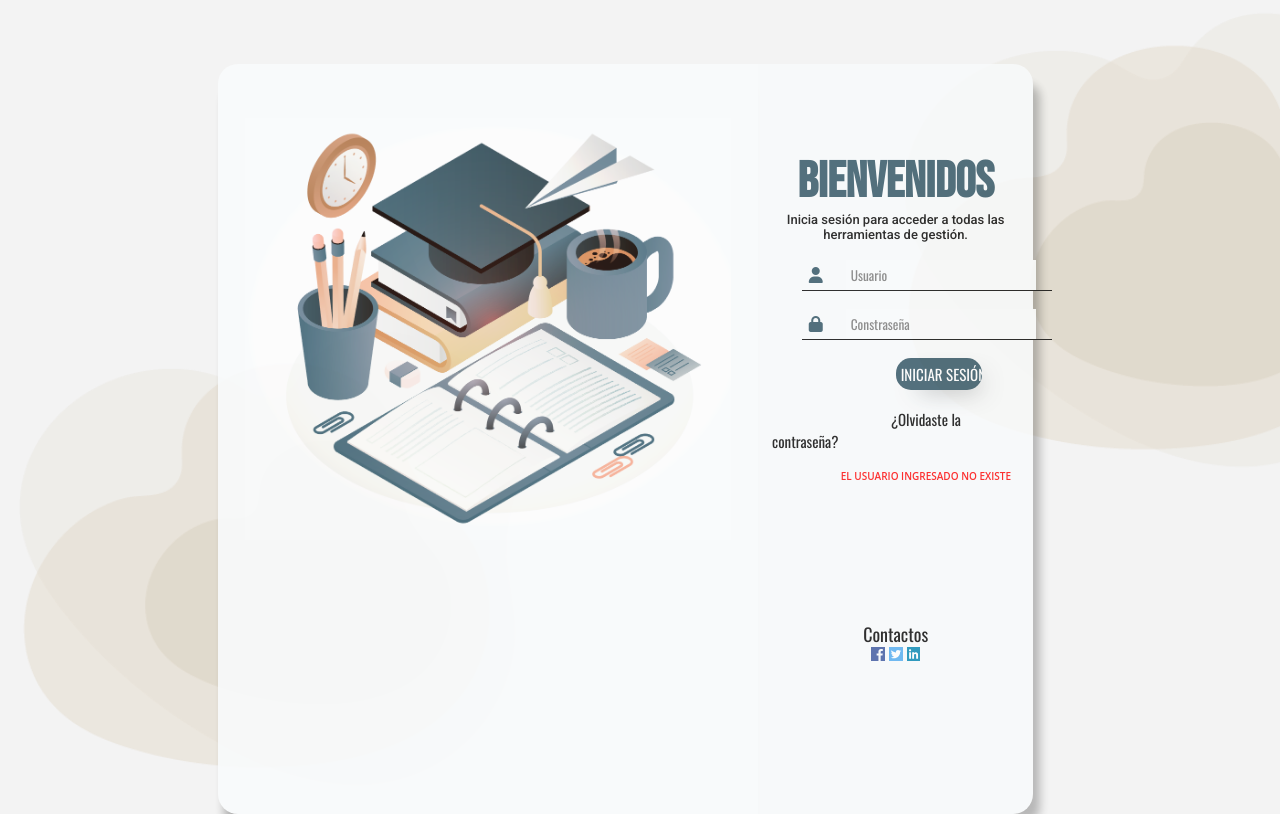
Repository: AlejandraBarrachina23/TPIntegrador_Barrachina_Java
Page: http://localhost/Alejandra_Barrachina_TP_Integrador1/login.jsp
The author's editor kept a copy of each file at every save. The page is drawn from the files as they stood at one save, then again after a run of saves.
The browser window is 1280 px wide. The pictures show the whole page.
Some web fonts or font styles are not loaded; a fallback is used. Some web libraries are served in a nearby version. The page is served by Tomcat 9. Nobody is signed in. The application's start-up code is not run.

Above is the page before, as saved 2019-12-05 17:19:51.
Console error: SyntaxError: Unexpected end of input

After the next 2 saves:
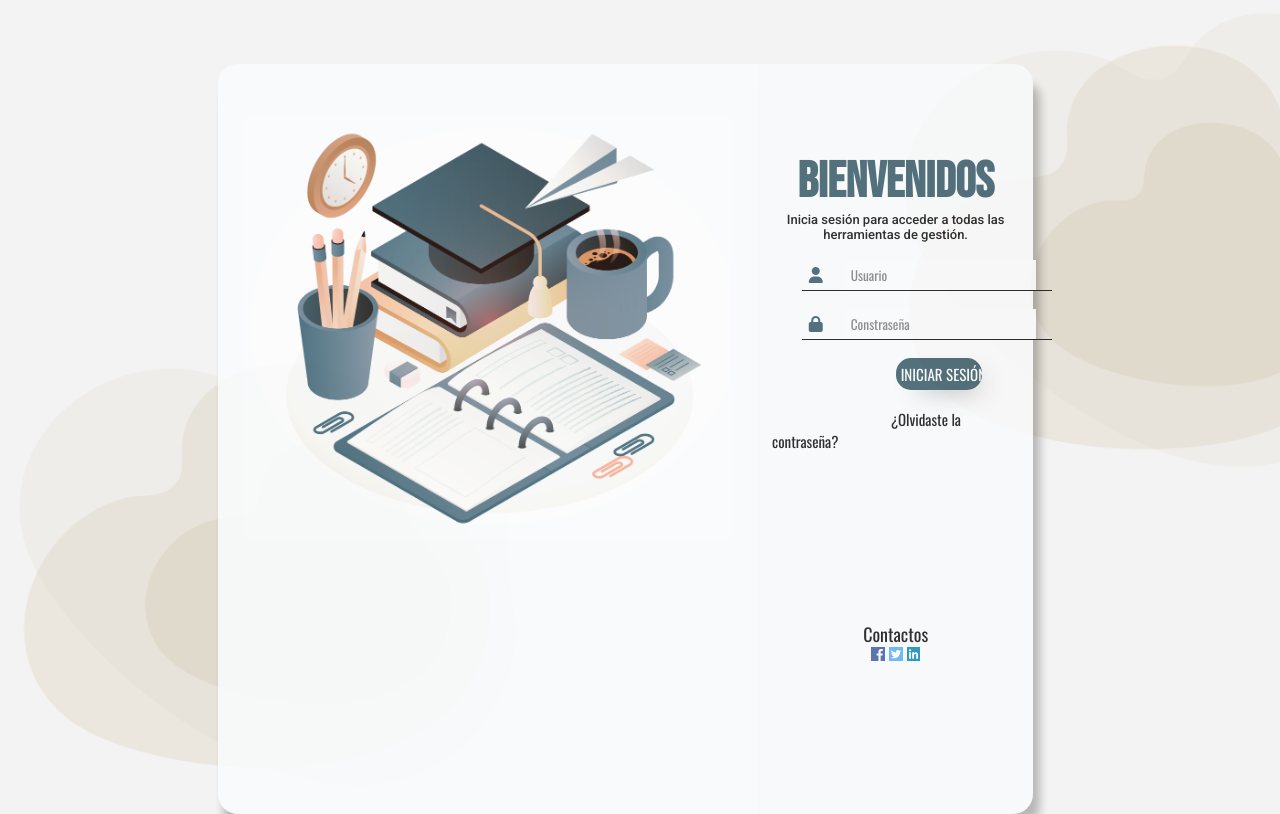
Console error: ReferenceError: Msg is not defined
The 2 saves are shown as one change because they came seconds apart.
The last was saved 63 s later.
--- a/Alejandra_Barrachina_TP_Integrador1/WebContent/login.jsp
+++ b/Alejandra_Barrachina_TP_Integrador1/WebContent/login.jsp
@@ -28,7 +28,7 @@
 				<input class="main-button" type="submit" name="btnLogin" value="INICIAR SESIÓN"><br><br>
 				<a href="recuperacion.jsp">¿Olvidaste la contraseña?</a><br>
 			</div>
-			<label id="login-avisos">EL USUARIO INGRESADO NO EXISTE</label>
+			<label id="login-avisos"></label>
 			<div id="login-contacto">
 				<p>Contactos</p>
 				<a href="https://es-la.facebook.com/UTNRegionalPacheco/" target=_blank><img src="img/facebook.svg" class="iconos-redes" alt="logo-facebook"></a>
@@ -42,6 +42,8 @@
 let Mensaje ='<%=session.getAttribute("getAlert")%>';
 	if (Msg != "null") {
 	function AdvertenciaUsuarioInexistente(){
+		document.getElementById("login-avisos").value= "EL USUARIO INGRESADO NO EXISTE";
+	}
 	alert("");
 	}
 
